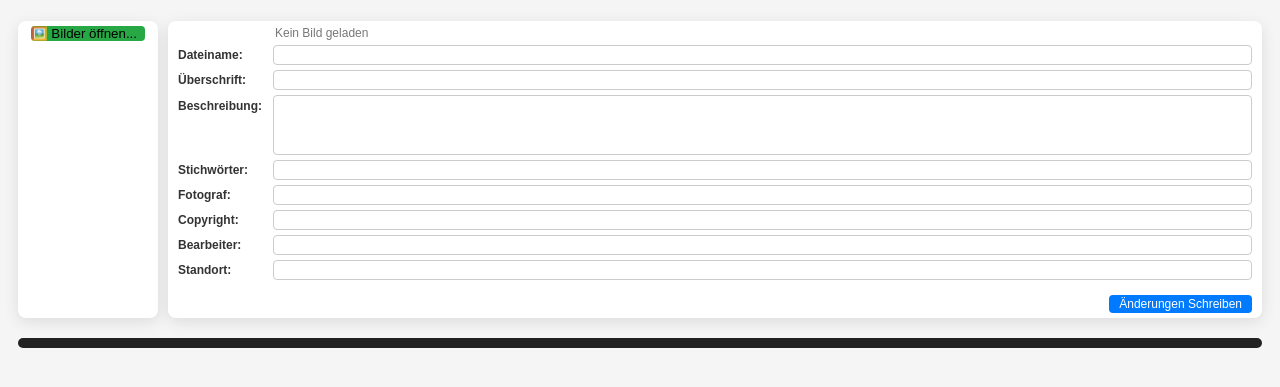
Repository: h-fahle/metadata
Page: ui/index.html
The author's editor kept a copy of each file at every save. The page is drawn from the files as they stood at one save, then again after the next save.
The browser window is 1280 px wide. The pictures show the whole page.

Above is the page before, as saved 2026-08-17 17:08:18.

After the next save:
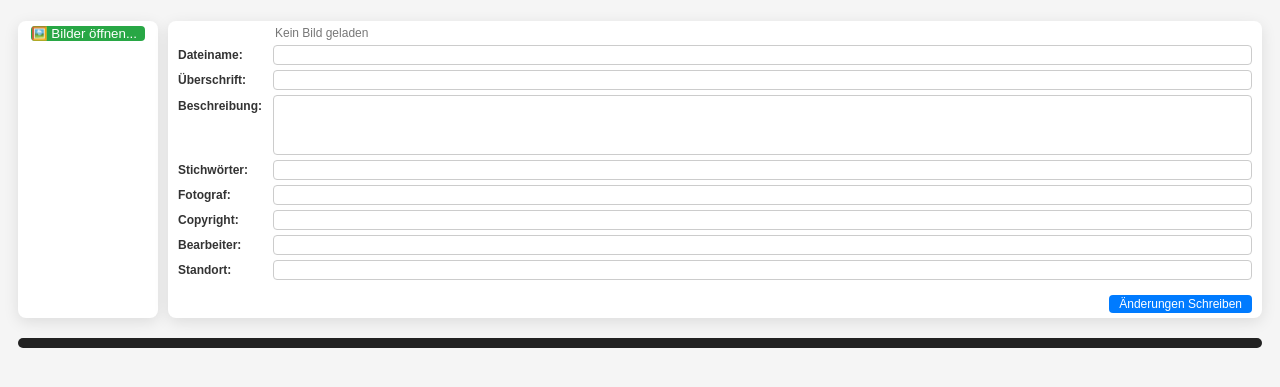
Saved 23 s later.
--- a/ui/style.css
+++ b/ui/style.css
@@ -20,8 +20,8 @@ select {
 	appearance: none;
 	border: none;
 	border-radius: 4px;
-		background: #28a745;
-
+	background: #28a745;
+	color: white;
 }
 
 #ausgabe {
